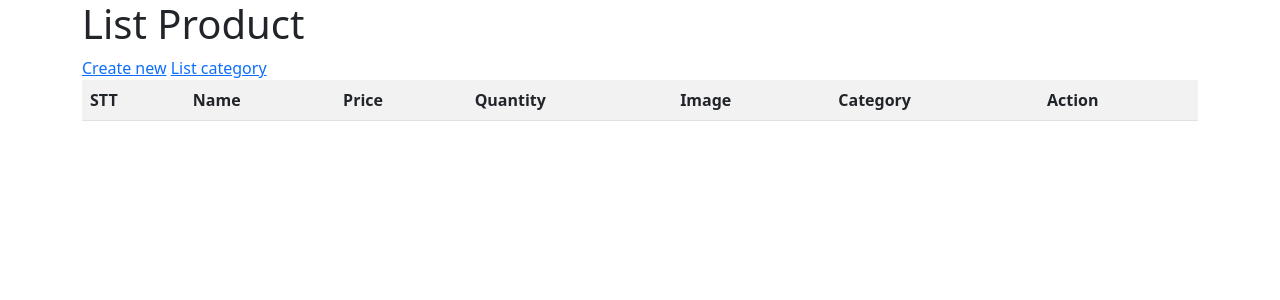
Repository: hongquan16101995/servlet-jw0124
Page: http://localhost/demo/products
The author's editor kept a copy of each file at every save. The page is drawn from the files as they stood at one save, then again after the next save.
The browser window is 1280 px wide. The pictures show the whole page.
The page is served by Tomcat 9.

Above is the page before, as saved 2024-05-14 12:10:29.

After the next save:
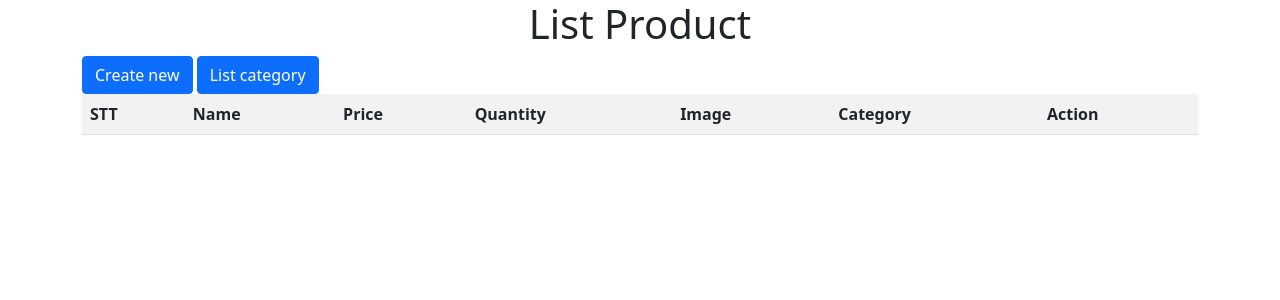
Saved 54 s later.
--- a/demo/src/main/webapp/product/list.jsp
+++ b/demo/src/main/webapp/product/list.jsp
@@ -13,13 +13,17 @@
 		width: 150px;
 		height: 150px;
 	}
+
+	h1 {
+		text-align: center;
+	}
 </style>
 </head>
 <body>
 <div class="container">
 <h1>List Product</h1>
-<a href="/demo/products?action=createGet">Create new</a>
-<a href="/demo/categories">List category</a>
+<a class="btn btn-primary" href="/demo/products?action=createGet">Create new</a>
+<a class="btn btn-primary" href="/demo/categories">List category</a>
 <table class="table table-striped">
 	<tr>
 		<th>STT</th>
